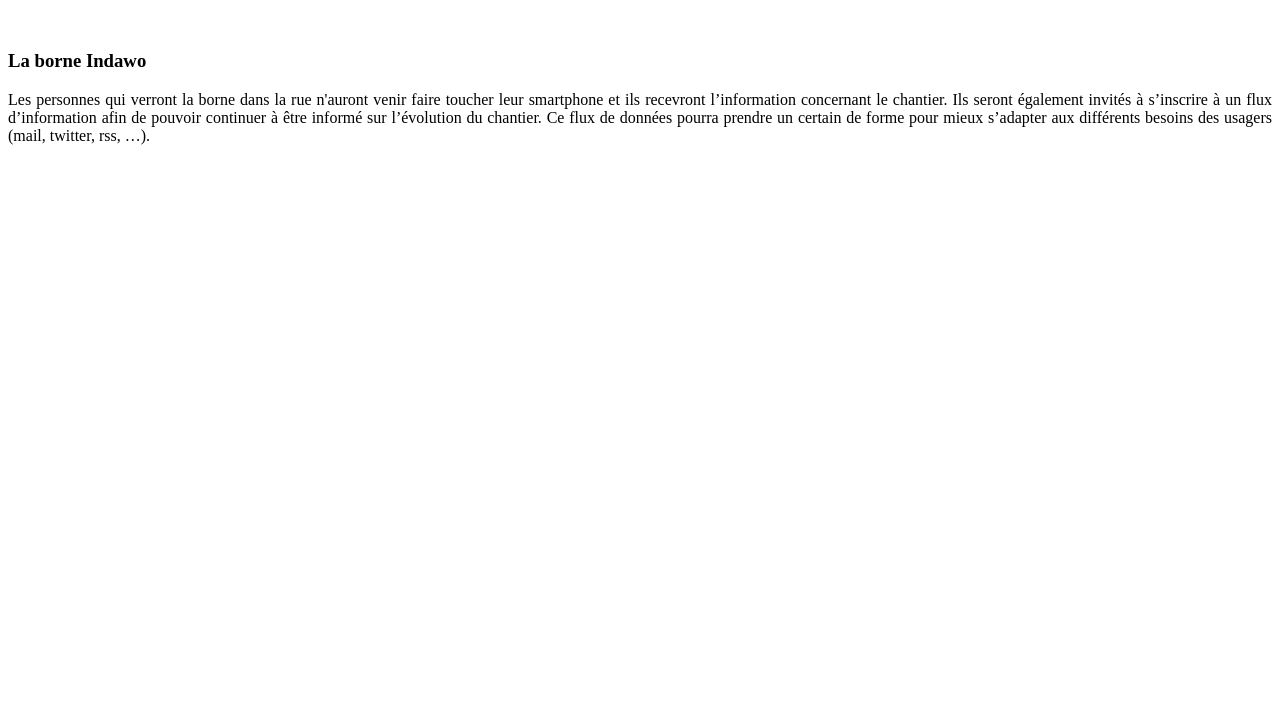
Repository: PierreGauthier/DU-Phase2
Page: duphase2/templates/1indawo1.html
The author's editor kept a record of every edit. The page is drawn from the files as they stood at one moment, then again after the next edit.
The browser window is 1280 px wide. The pictures show the whole page.
The template is drawn by Django 2.2. The application's start-up code is not run. The template is opened directly, without the code that normally fills it, so the values that code supplies are empty.

Above is the page before.

After the next edit:
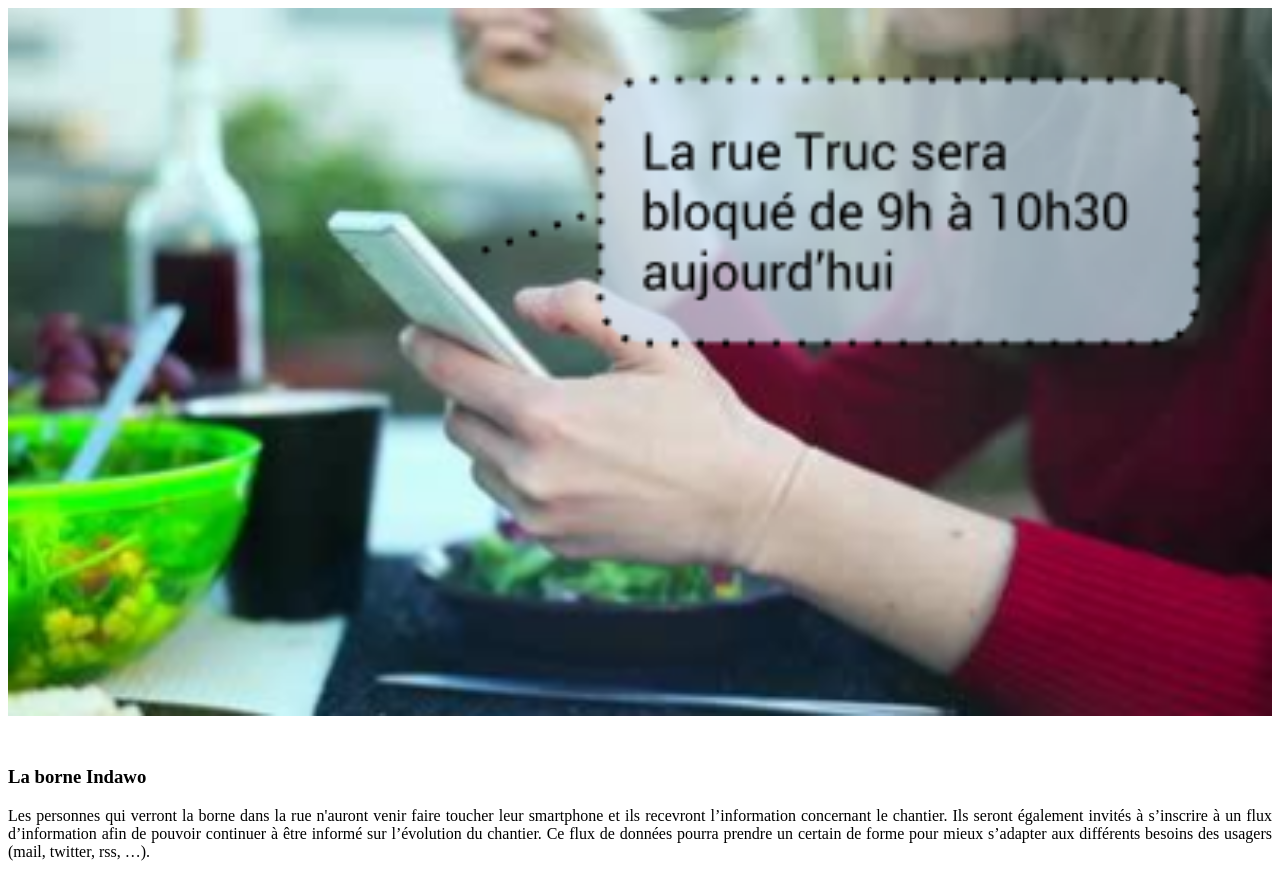
The edit:
--- a/duphase2/templates/1indawo1.html
+++ b/duphase2/templates/1indawo1.html
@@ -1,5 +1,8 @@
 
 <div class="ui grid">
+   <div class="eight wide column">
+       <center><img src='/static/images/1man1.png' style="width:100%"/></center>
+   </div>
    <div class="eight wide column" style="text-align:justify;vertical-align: center;" >
        <h3 style="margin-top:50px;">La borne Indawo</h3>
        <p>Les personnes qui verront la borne dans la rue n'auront venir faire toucher leur smartphone et ils recevront l’information concernant le chantier. Ils seront également invités à s’inscrire à un flux d’information afin de pouvoir continuer à être informé sur l’évolution du chantier.
